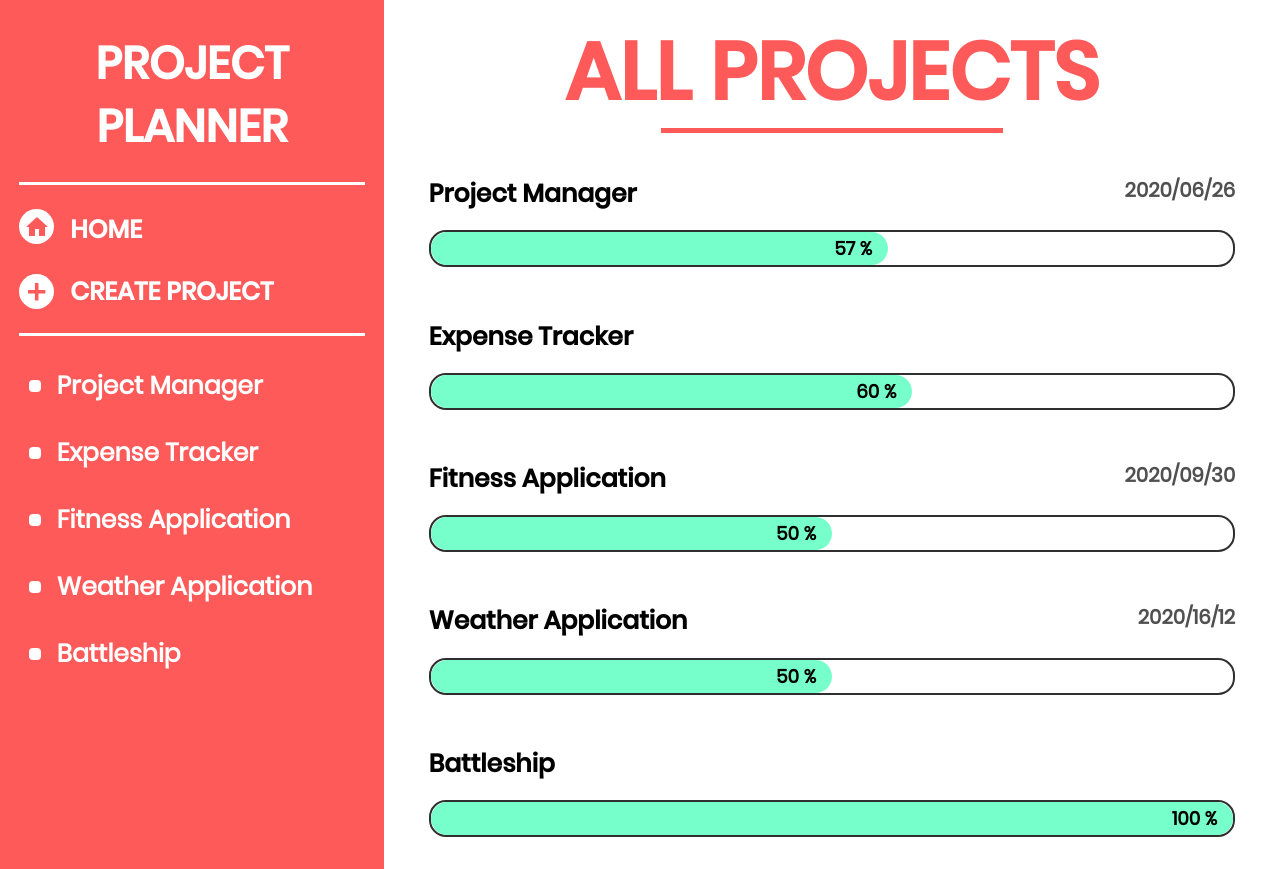
Repository: AzharMoosa/project-manager
Page: /
An editor plug-in stored every save of this project. The page is shown before and after the next save, followed by the edit.
The browser window is 1280 px wide. The pictures show the whole page.
The project was rebuilt for these pictures with package versions that can differ from the ones it lists, and the page was loaded fresh each time. A package was used in the major version that the imports need, not the one package.json lists. Also part of the build but not shown: src/components/current-project/Task.js, src/components/current-project/CurrentProject.js.

Above is the page before, as saved 2020-06-25 14:17:19.

### public/index.html
<!DOCTYPE html>
<html lang="en">
  <head>
    <meta charset="utf-8" />
    <link rel="icon" href="%PUBLIC_URL%/favicon.ico" />
    <meta name="viewport" content="width=device-width, initial-scale=1" />
    <meta name="theme-color" content="#000000" />
    <meta
      name="description"
      content="Web site created using create-react-app"
    />
    <link rel="apple-touch-icon" href="%PUBLIC_URL%/logo192.png" />

    <link rel="manifest" href="%PUBLIC_URL%/manifest.json" />

    <title>Project Planner</title>
  </head>
  <body>
    <noscript>You need to enable JavaScript to run this app.</noscript>
    <div id="root"></div>
  </body>
</html>

### src/App.js
import React from "react";
import Sidebar from "./components/sidebar/Siebar";
import Main from "./components/Main";
import Modal from "./components/modal/Modal";
import { ProjectProvider } from "./ProjectContext";
import { SelectedProjectProvider } from "./SelectedProjectContext";
import { BrowserRouter } from "react-router-dom";

import "./App.css";

function App() {
  return (
    <BrowserRouter>
      <ProjectProvider>
        <SelectedProjectProvider>
          <div className='container'>
            <Sidebar />
            <Main />
            <Modal />
          </div>
        </SelectedProjectProvider>
      </ProjectProvider>
    </BrowserRouter>
  );
}

export default App;

### src/components/sidebar/Siebar.js
import React from "react";
import Header from "./Header";
import ProjectList from "../project-list/ProjectList";

const Siebar = () => {
  return (
    <div className='sidebar'>
      <Header />
      <ProjectList />
    </div>
  );
};

export default Siebar;

### src/components/Main.js
import React from "react";
import { Switch, Route } from "react-router-dom";
import Home from "./home/Home";
import CurrentProject from "./current-project/CurrentProject";

const Main = () => {
  return (
    <Switch>
      <Route exact path='/' component={Home}></Route>
      <Route exact path='/project' component={CurrentProject}></Route>
    </Switch>
  );
};

export default Main;

### src/components/modal/Modal.js
import React, { useContext, useState } from "react";
import { ProjectContext } from "../../ProjectContext";

const Modal = () => {
  // eslint-disable-next-line
  const [projects, setProjects] = useContext(ProjectContext);
  const [projectTitle, setProjectTitle] = useState("");
  const [projectOverview, setProjectOverview] = useState("");

  const hidePopup = () => {
    let popup = document.querySelector(".create-project-popup");
    popup.classList.add("hide");
  };

  const createProject = (e) => {
    if (projectTitle === "") {
      return;
    }
    e.preventDefault();
    let newProject = {
      name: projectTitle,
      overview: projectOverview,
      tools: [],
      progress: 0,
      tasks: [],
      date: "",
      id: Math.floor(Math.random() * 100),
    };
    setProjects((projects) => [...projects, newProject]);
    setProjectTitle("");
    setProjectOverview("");
    clearTitleInput();
    clearOverviewInput();
    hidePopup();
  };

  const clearTitleInput = () => {
    let titleInput = document.querySelector(".title-input");
    titleInput.value = "";
  };

  const clearOverviewInput = () => {
    let overviewInput = document.querySelector(".overview-input");
    overviewInput.value = "";
  };

  return (
    <div className='create-project-popup hide'>
      <div className='create-project-popup-content'>
        <h1>CREATE PROJECT</h1>
        <form className='form-input'>
          <label htmlFor='title'>PROJECT TITLE</label>
          <input
            type='text'
            onChange={(e) => setProjectTitle(e.target.value)}
            className='title-input'
          />
          <label htmlFor='title'>PROJECT OVERVIEW</label>
          <textarea
            type='text'
            onChange={(e) => setProjectOverview(e.target.value)}
            className='overview-input'
          />
          <button className='create-btn' onClick={createProject}>
            CREATE
          </button>
        </form>
      </div>
    </div>
  );
};

export default Modal;

### src/ProjectContext.js
import React, { useState, createContext } from "react";

export const ProjectContext = createContext();

export const ProjectProvider = (props) => {
  // const [projects, setProjects] = useState(
  //   localStorage.getItem("myValueInLocalStorage") || []
  // );

  const [projects, setProjects] = useState([
    {
      name: "Project Manager",
      overview:
        "A project management application which allows you to plan personal projects and track its progress.  Create detail plans of projects before developing projects.",
      tools: ["HTML", "CSS", "JAVASCRIPT", "REACT"],
      progress: 57,
      tasks: [
        { task: "Create Project Plans", complete: true, id: 1 },
        { task: "Todo List for Each Project", complete: false, id: 2 },
        { task: "Track Progress", complete: true, id: 3 },
        { task: "Priority List", complete: true, id: 4 },
        { task: "Choose Tools In Each Project", complete: false, id: 5 },
        { task: "Clean And Simple Design", complete: true, id: 6 },
        { task: "Use REACT", complete: false, id: 7 },
      ],
      date: "2020-06-26",
      id: 28392,
    },

    {
      name: "Expense Tracker",
      overview:
        "A expense tracker application which allows you to budget and track your savings.  Track what expenses you have.",
      tools: ["HTML", "CSS", "JAVASCRIPT", "REACT"],
      progress: 60,
      tasks: [
        { task: "Expenses In And Out", complete: true, id: 1 },
        { task: "Current Balance", complete: false, id: 2 },
        { task: "Highest Money Out", complete: true, id: 3 },
        { task: "Clean And Simple Design", complete: true, id: 4 },
        { task: "Use REACT", complete: false, id: 5 },
      ],
      date: "",
      id: 2032,
    },

    {
      name: "Fitness Application",
      overview:
        "A fitness application which can track workouts and meal plans. Plan exercise routines and meal plans all in one hub.",
      tools: [
        "HTML",
        "CSS",
        "JAVASCRIPT",
        "REACT",
        "NODEJS",
        "EXPRESS",
        "MONGODB",
      ],
      progress: 50,
      tasks: [
        { task: "Exercise Plan", complete: true, id: 1 },
        { task: "Diet Plan", complete: false, id: 2 },
        { task: "Clean And Simple Design", complete: true, id: 3 },
        { task: "Use REACT", complete: false, id: 4 },
      ],
      date: "2020-09-30",
      id: 203234,
    },

    {
      name: "Weather Application",
      overview:
        "A weather application which can track weather and climate. See weather and climate for different locations all around the world.",
      tools: ["HTML", "CSS", "JAVASCRIPT", "REACT", "ADOBE XD"],
      progress: 50,
      tasks: [
        { task: "Weather", complete: true, id: 1 },
        { task: "Temp, Humidity, Pressure", complete: false, id: 2 },
        { task: "Clean And Simple Design", complete: true, id: 3 },
        { task: "Use REACT", complete: false, id: 4 },
      ],
      date: "2020-16-12",
      id: 20327734,
    },

    {
      name: "Battleship",
      overview: "Battleship created in REACT and using Javascript Testing.",
      tools: ["HTML", "CSS", "JAVASCRIPT", "REACT", "ADOBE XD", "JEST"],
      progress: 100,
      tasks: [
        { task: "Battleship Game", complete: true, id: 1 },
        { task: "Using Testing", complete: true, id: 2 },
        { task: "Clean And Simple Design", complete: true, id: 3 },
        { task: "Use REACT", complete: true, id: 4 },
      ],
      date: "",
      id: 2027734,
    },
  ]);

  React.useEffect(() => {
    localStorage.setItem("projects", projects);
  }, [projects]);

  return (
    <ProjectContext.Provider value={[projects, setProjects]}>
      {props.children}
    </ProjectContext.Provider>
  );
};

### src/SelectedProjectContext.js
import React, { useState, createContext } from "react";

export const SelectedProjectContext = createContext();

export const SelectedProjectProvider = (props) => {
  const [selectedProject, setSelectedProject] = useState({
    name: "Error 404",
    overview: "Create a new project by using the button on the left.",
    tools: ["Error 404"],
    progress: 0,
    tasks: [
      {
        task: "Create a new project by using the button on the left.",
        id: 1,
        complete: false,
      },
    ],
    color: "",
    date: "",
    id: 21,
  });

  return (
    <SelectedProjectContext.Provider
      value={[selectedProject, setSelectedProject]}
    >
      {props.children}
    </SelectedProjectContext.Provider>
  );
};

### src/App.css
:root {
  --red: #ff5a5a;
  --green: #76ffca;
  --blue: #76daff;
  --yellow: #fffa76;
  --purple: #ab76ff;
}

/* CSS RESET */

* {
  margin: 0;
  padding: 0;
  box-sizing: border-box;
}

/* Fonts */

@font-face {
  font-family: "Poppins-Med";
  src: url("./fonts/Poppins-Medium.ttf");
}

@font-face {
  font-family: "Poppins-Reg";
  src: url("./fonts/Poppins-Regular.ttf");
}

/* Body */

body {
  font-family: "Poppins-Reg";
  line-height: 1.4;
}

/* Utilities */

/* Bullet Points */

.white:before {
  content: " ";
  height: 12px;
  width: 12px;
  margin-right: 1rem;
  border-radius: 4px;
  background-color: #fff;
}

/* Container */
.container {
  display: flex;
}

/* Sidebar */
.sidebar {
  width: 30vw;
  background-color: var(--red);
  min-height: 100vh;
  color: #fff;
}

.title {
  font-size: 45px;
  font-family: "Poppins-Med";
  text-align: center;
  padding-top: 2rem;
}

.nav-btns::after,
.nav-btns:before {
  content: " ";
  display: block;
  border-bottom: 3px solid #fff;
  width: 100%;
  margin: 1.5rem auto;
}

.nav-btns {
  width: 90%;
  margin: auto;
}

.home-btn,
.create-project-btn {
  display: flex;
  align-items: center;
  margin-top: 1.5rem;
}

.home-btn h3,
.create-project-btn h3 {
  margin-left: 1rem;
  font-family: "Poppins-Med";
  font-size: 25px;
}

.home-btn svg,
.create-project-btn svg {
  cursor: pointer;
}

/* Home */

.home {
  width: 70vw;
  display: flex;
  flex-direction: column;
}

.home-title {
  font-size: 80px;
  font-family: "Poppins-Med";
  color: var(--red);
  text-align: center;
  margin-top: 1rem;
}

.home-title:after {
  content: " ";
  display: block;
  border-bottom: 5px solid var(--red);
  width: 342px;
  margin: 0 auto 1.5rem auto;
}

/* Selected Project */

.selected-project {
  width: 70vw;
  display: flex;
  flex-direction: column;
  padding: 2rem 3rem;
}

.selected-project-head {
  display: flex;
  align-items: center;
  justify-content: space-between;
}

.selected-project-title {
  color: var(--red);
  font-size: 60px;
  font-family: "Poppins-Med";
}

.selected-project h3 {
  font-size: 30px;
  font-family: "Poppins-Med";
  margin-top: 1rem;
}

.selected-project-heading:after,
.tools:before {
  content: " ";
  display: block;
  border-bottom: 1px solid #000;
  padding: 0.5rem 0;
}

.overview {
  color: #4e4e4e;
  font-size: 25px;
  font-family: "Poppins-Reg";
  padding: 0.5rem 0;
  outline: none;
  border: none;
  resize: none;
}

.tools-head {
  display: flex;
  justify-content: space-between;
  align-items: center;
  border-bottom: 1px solid #000;
  padding-bottom: 1rem;
}

.tools-input {
  margin-top: 1rem;
  display: flex;
  justify-content: center;
  align-items: center;
}

.add-tools {
  width: 346px;
  height: 29px;
  background-color: #f8f8f8;
  border: 1px solid #959595;
  border-radius: 15px;
  margin-right: 1rem;
  font-size: 15px;
  outline: none;
  padding: 0 1rem;
}

.add-tool-btn {
  cursor: pointer;
}

.tools-body {
  text-transform: uppercase;
  border-bottom: 1px solid #000;
}

.tools-body h3 {
  font-family: "Poppins-Reg";
  padding-bottom: 1rem;
  color: #4e4e4e;
  font-size: 25px;
}

.tasks-title {
  display: flex;
  align-items: center;
  border-bottom: 1px solid #000;
  padding-bottom: 1rem;
}

.bullet-point {
  border-radius: 50%;
  width: 41px;
  height: 41px;
  border: 3px solid #000;
  cursor: pointer;
  margin-right: 1rem;
}

.complete {
  background: var(--blue);
}

.not-complete {
  background: #fff;
}

.task {
  display: flex;
  justify-content: space-between;
  align-items: center;
}

.task-name {
  width: 100%;
  display: flex;
  align-items: center;
}

.task-name h3 {
  font-size: 25px;
  font-family: "Poppins-Reg";
  margin-bottom: 1rem;
}

.tasks {
  margin: 1rem 0;
}

.delete-task-btn {
  cursor: pointer;
  border-radius: 50%;
  width: 33px;
  height: 33px;
  border: 2px solid #000;
  cursor: pointer;
  background-color: var(--red);
  color: #fff;
  display: flex;
  justify-content: center;
  align-items: center;
}

.add-tasks {
  border-top: 1px solid #000;
  border-bottom: 1px solid #000;
  padding: 1rem 0;
  display: flex;
  align-items: center;
}

.add-tasks input {
  background: transparent;
  font-family: "Poppins-Med";
  border: none;
  font-size: 30px;
  outline: none;
  color: #000;
  margin-left: 1rem;
}

.add-tasks input::placeholder {
  color: #000;
  opacity: 0.7;
}

.add-tasks-btn {
  cursor: pointer;
  outline: none;
}

.date {
  display: flex;
  align-items: center;
  border-bottom: 1px solid #000;
}

.date h3 {
  margin-bottom: 1rem;
  margin-right: 1rem;
}

.date input {
  width: 200px;
  height: 46px;
  border-radius: 14px;
  border: 1px solid #707070;
  padding: 0 1rem;
  font-size: 16px;
}

/* Project Sidebar List */

.project-side {
  width: 85%;
  margin: 2rem auto;
  display: flex;
  align-items: center;
  cursor: pointer;
}

.project-side h3 {
  font-size: 25px;
}

/* Progress Bar */
.progressbar {
  width: 90%;
  background-color: #fff;
  border: 2px solid #2f2f2f;
  border-radius: 17px;
  margin: 0 auto 2rem auto;
}

.progressbar > div {
  background-color: var(--green);
  height: 33px;
  border-radius: 17px;
}

.progressbar > div h3 {
  display: flex;
  justify-content: flex-end;
  align-items: center;
  line-height: 1.8;
  margin-right: 1rem;
}

/* Project List */

.project-title {
  width: 90%;
  margin: 1.2rem auto;
  display: flex;
  justify-content: space-between;
}

.project-title h3 {
  font-size: 25px;
  font-family: "Poppins-Med";
}

.project-title h4 {
  font-size: 20px;
  font-family: "Poppins-Reg";
  color: #505050;
}

/* Create Project Popup */

.hide {
  display: none !important;
}

.create-project-popup {
  display: flex;
  justify-content: center;
  align-items: center;
  position: fixed;
  z-index: 1;
  left: 0;
  top: 0;
  width: 100%;
  height: 100%;
  background-color: rgb(0, 0, 0);
  background-color: rgba(99, 99, 99, 0.6);
}

.create-project-popup-content {
  background-color: var(--red);
  padding: 20px;
  border: 3px solid #343434;
  min-width: 526px;
  min-height: 617px;
  color: #fff;
  -webkit-box-shadow: 10px 10px 6px 0px rgba(0, 0, 0, 0.75);
  -moz-box-shadow: 10px 10px 6px 0px rgba(0, 0, 0, 0.75);
  box-shadow: 10px 10px 6px 0px rgba(0, 0, 0, 0.75);
}

.create-project-popup-content h1 {
  text-align: center;
}

.create-project-popup-content h1:after {
  content: " ";
  display: block;
  border-bottom: 3px solid #fff;
  width: 250px;
  margin: 0 auto 1.5rem auto;
}

.form-input {
  width: 100%;
  display: flex;
  flex-direction: column;
  justify-content: center;
}

.form-input label {
  font-size: 25px;
  font-family: "Poppins-Med";
}

.form-input input {
  height: 46px;
  background-color: transparent;
  border: 2px solid #fff;
  outline: none;
  color: #fff;
  font-size: 21px;
  padding: 0 0.5rem;
  width: 100%;
  margin-bottom: 2rem;
}

.form-input textarea {
  height: 202px;
  background-color: transparent;
  border: 2px solid #fff;
  outline: none;
  color: #fff;
  font-size: 21px;
  padding: 0.5rem 0.5rem;
  width: 100%;
  margin-bottom: 2rem;
  font-family: "Poppins-Reg";
}

.create-btn {
  background-color: var(--green);
  width: 155px;
  height: 48px;
  border-radius: 24px;
  border: none;
  font-size: 22px;
  margin: 2rem auto 0 auto;
  cursor: pointer;
  outline: none;
}

.delete-btn {
  background-color: var(--red);
  width: 155px;
  height: 48px;
  border-radius: 24px;
  border: none;
  font-size: 22px;
  cursor: pointer;
  outline: none;
  color: #fff;
}

### src/components/project-list/ProjectList.js
import React, { useContext } from "react";
import { ProjectContext } from "../../ProjectContext";
import ProjectSide from "./ProjectSide";

const ProjectList = () => {
  // eslint-disable-next-line
  const [projects, setProjects] = useContext(ProjectContext);

  return (
    <div>
      {projects.map((project) => (
        <ProjectSide
          name={project.name}
          color={project.color}
          key={project.id}
          project={project}
        />
      ))}
    </div>
  );
};

export default ProjectList;

### src/components/home/Home.js
import React, { useContext } from "react";
import ProgectProgress from "./ProjectProgress";
import { ProjectContext } from "../../ProjectContext";

const Home = () => {
  // eslint-disable-next-line
  const [projects, setProjects] = useContext(ProjectContext);

  return (
    <div className='home'>
      <h1 className='home-title'>ALL PROJECTS</h1>
      {projects.map((project) => (
        <ProgectProgress
          name={project.name}
          date={project.date}
          progress={project.progress}
          key={project.id}
          project={project}
        />
      ))}
    </div>
  );
};

export default Home;

### src/components/project-list/ProjectSide.js
import React, { useContext } from "react";
import { SelectedProjectContext } from "../../SelectedProjectContext";
import { ProjectContext } from "../../ProjectContext";
import { Link } from "react-router-dom";

const Project = ({ name, color, project }) => {
  // eslint-disable-next-line
  const [selectedProject, setSelectedProject] = useContext(
    SelectedProjectContext
  );

  const [projects, setProjects] = useContext(ProjectContext);

  const updateProjects = () => {
    let updatedArray = [...projects];
    let i;
    updatedArray.map((p) =>
      p.name === selectedProject.name ? (i = projects.indexOf(p)) : null
    );
    updatedArray[i] = selectedProject;
    setProjects(updatedArray);
  };

  return (
    <Link to='/project' style={{ textDecoration: "none", color: "#fff" }}>
      <div className={`project-side white`}>
        <h3
          onClick={() => {
            updateProjects();
            setSelectedProject(project);
          }}
        >
          {name}
        </h3>
      </div>
    </Link>
  );
};

export default Project;

### src/components/home/ProjectProgress.js
import React, { useContext } from "react";
import { SelectedProjectContext } from "../../SelectedProjectContext";
import { Link } from "react-router-dom";
import ProgressBar from "./ProgressBar";

const ProgectProgress = ({ name, date, progress, project }) => {
  // eslint-disable-next-line
  const [selectedProject, setSelectedProject] = useContext(
    SelectedProjectContext
  );
  return (
    <div className='project-progress'>
      <div className='project-title'>
        <Link to='/project' style={{ textDecoration: "none", color: "#000" }}>
          <h3 onClick={() => setSelectedProject(project)}>{name}</h3>
        </Link>
        <h4>{date.replace(/-/g, "/")}</h4>
      </div>
      <ProgressBar progress={progress} />
    </div>
  );
};

export default ProgectProgress;

### src/components/home/ProgressBar.js
import React from "react";

const ProgressBar = ({ progress }) => {
  return (
    <div className='progressbar'>
      <div
        style={
          progress > 6
            ? { width: `${progress}%` }
            : { width: "6%", backgroundColor: "#fff" }
        }
      >
        <h3>{progress} %</h3>
      </div>
    </div>
  );
};

export default ProgressBar;

Loaded but not shown: src/index.js (common file); src/components/sidebar/Header.js (104 lines, source omitted)

After the next save:
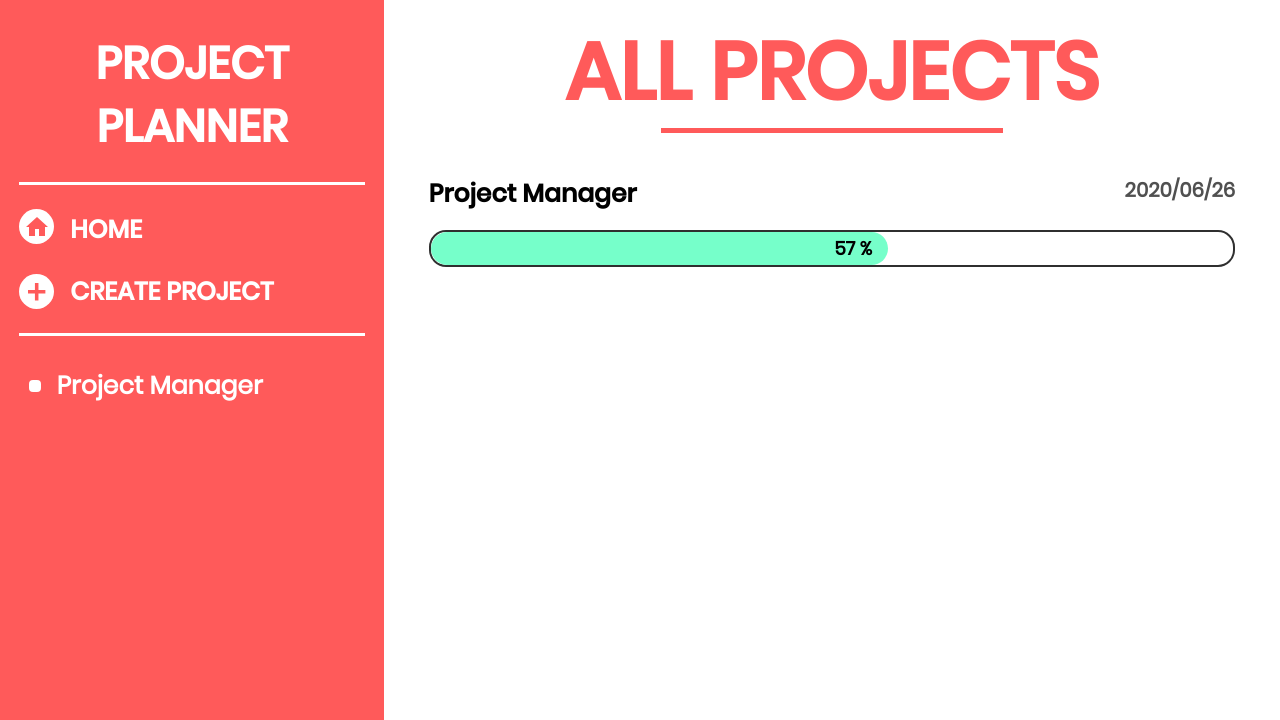
Saved 19 s later.
--- a/src/ProjectContext.js
+++ b/src/ProjectContext.js
@@ -26,78 +26,6 @@ export const ProjectProvider = (props) => {
       date: "2020-06-26",
       id: 28392,
     },
-
-    {
-      name: "Expense Tracker",
-      overview:
-        "A expense tracker application which allows you to budget and track your savings.  Track what expenses you have.",
-      tools: ["HTML", "CSS", "JAVASCRIPT", "REACT"],
-      progress: 60,
-      tasks: [
-        { task: "Expenses In And Out", complete: true, id: 1 },
-        { task: "Current Balance", complete: false, id: 2 },
-        { task: "Highest Money Out", complete: true, id: 3 },
-        { task: "Clean And Simple Design", complete: true, id: 4 },
-        { task: "Use REACT", complete: false, id: 5 },
-      ],
-      date: "",
-      id: 2032,
-    },
-
-    {
-      name: "Fitness Application",
-      overview:
-        "A fitness application which can track workouts and meal plans. Plan exercise routines and meal plans all in one hub.",
-      tools: [
-        "HTML",
-        "CSS",
-        "JAVASCRIPT",
-        "REACT",
-        "NODEJS",
-        "EXPRESS",
-        "MONGODB",
-      ],
-      progress: 50,
-      tasks: [
-        { task: "Exercise Plan", complete: true, id: 1 },
-        { task: "Diet Plan", complete: false, id: 2 },
-        { task: "Clean And Simple Design", complete: true, id: 3 },
-        { task: "Use REACT", complete: false, id: 4 },
-      ],
-      date: "2020-09-30",
-      id: 203234,
-    },
-
-    {
-      name: "Weather Application",
-      overview:
-        "A weather application which can track weather and climate. See weather and climate for different locations all around the world.",
-      tools: ["HTML", "CSS", "JAVASCRIPT", "REACT", "ADOBE XD"],
-      progress: 50,
-      tasks: [
-        { task: "Weather", complete: true, id: 1 },
-        { task: "Temp, Humidity, Pressure", complete: false, id: 2 },
-        { task: "Clean And Simple Design", complete: true, id: 3 },
-        { task: "Use REACT", complete: false, id: 4 },
-      ],
-      date: "2020-16-12",
-      id: 20327734,
-    },
-
-    {
-      name: "Battleship",
-      overview: "Battleship created in REACT and using Javascript Testing.",
-      tools: ["HTML", "CSS", "JAVASCRIPT", "REACT", "ADOBE XD", "JEST"],
-      progress: 100,
-      tasks: [
-        { task: "Battleship Game", complete: true, id: 1 },
-        { task: "Using Testing", complete: true, id: 2 },
-        { task: "Clean And Simple Design", complete: true, id: 3 },
-        { task: "Use REACT", complete: true, id: 4 },
-      ],
-      date: "",
-      id: 2027734,
-    },
   ]);
 
   React.useEffect(() => {
